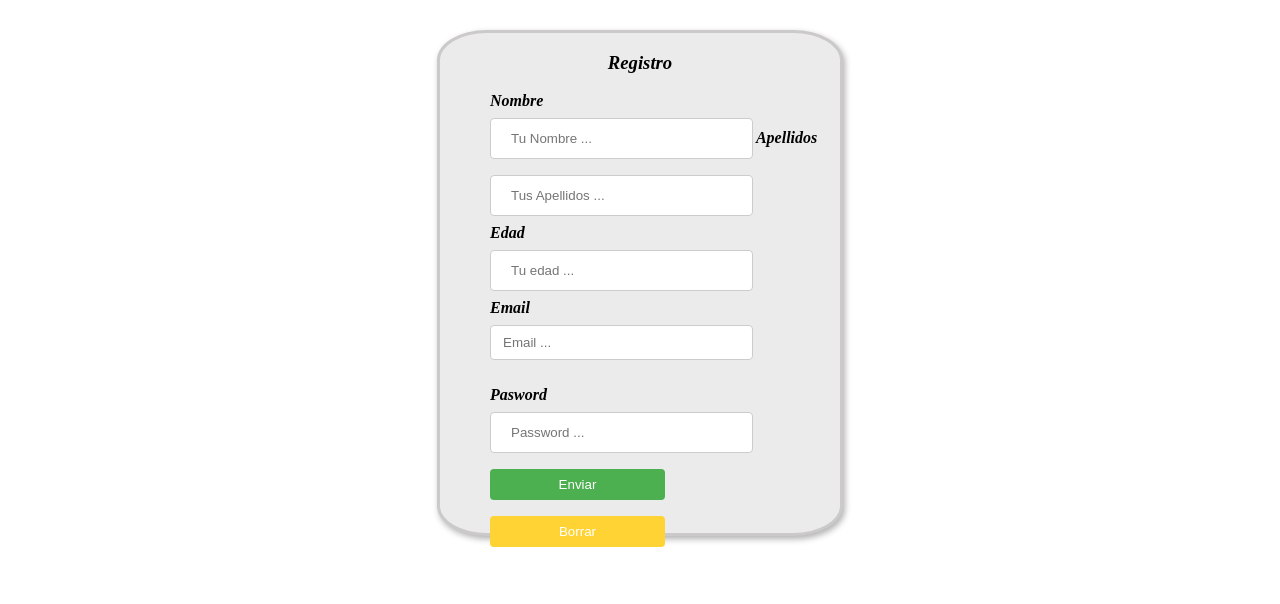
Repository: nachmz42/ProyectoJoker
Page: http://localhost/Joker/registro.jsp
These files come from the project's save history. The page is drawn as it stood at one moment and after the next save; the edit follows.
The browser window is 1280 px wide. The pictures show the whole page.
The page is served by Tomcat 9.

Above is the page before, as saved 2021-07-02 13:07:17.

After the next save:
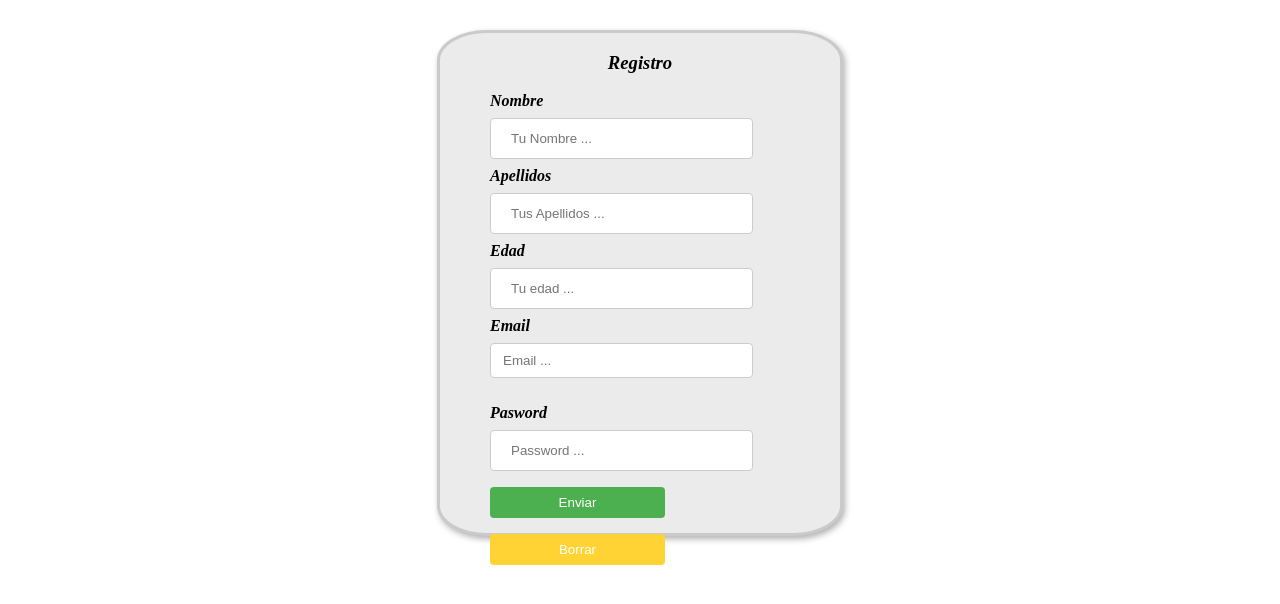
Saved 25 s later.
--- a/Joker/src/main/webapp/registro.jsp
+++ b/Joker/src/main/webapp/registro.jsp
@@ -16,7 +16,7 @@
 <div class="form2">
   <form action="/Joker/ServletResgistro" method="post">
     <label for="nombre">Nombre</label><br>
-    <input type="text" id="nombre" name="nombre" placeholder="Tu Nombre ...">
+    <input type="text" id="nombre" name="nombre" placeholder="Tu Nombre ..."><br>
 
     <label for="apellidos">Apellidos</label><br>
     <input type="text" id="apellidos" name="apellidos" placeholder="Tus Apellidos ..."><br>
